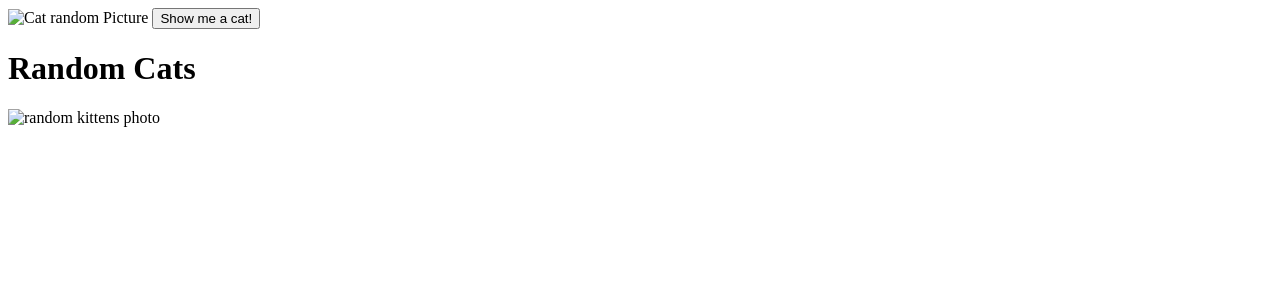
Repository: elto82/ConsumoAPIRESTjs
Page: index.html
These files come from the project's save history. The page is drawn as it stood at one moment and after the next save; the edit follows.
The browser window is 1280 px wide. The pictures show the whole page.
The page's requests for data from a server got no answer.

Above is the page before, as saved 2022-07-02 17:29:55.
Console error: ReferenceError: myCat is not defined

After the next save:
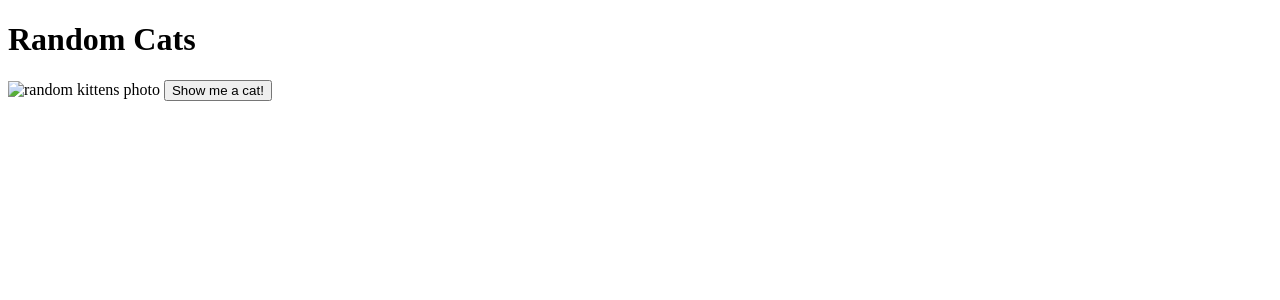
Saved 66 s later.
--- a/index.html
+++ b/index.html
@@ -1,18 +1,22 @@
 <!DOCTYPE html>
 <html lang="en">
+
 <head>
   <meta charset="UTF-8">
   <meta http-equiv="X-UA-Compatible" content="IE=edge">
   <meta name="viewport" content="width=device-width, initial-scale=1.0">
   <title>Random Cats</title>
 </head>
+
 <body>
+  <header>
+    <h1>Random Cats</h1>
+  </header>
   <section class="container">
-    <img alt="Cat random Picture" class="image">
+    <img alt="random kittens photo" class="image">
     <button type="button" class="random-cat-button"> Show me a cat!</button>
-</section>
-  <h1> Random Cats</h1>
-  <img alt="random kittens photo">
+  </section>
   <script src="./main.js"></script>
 </body>
+
 </html>
